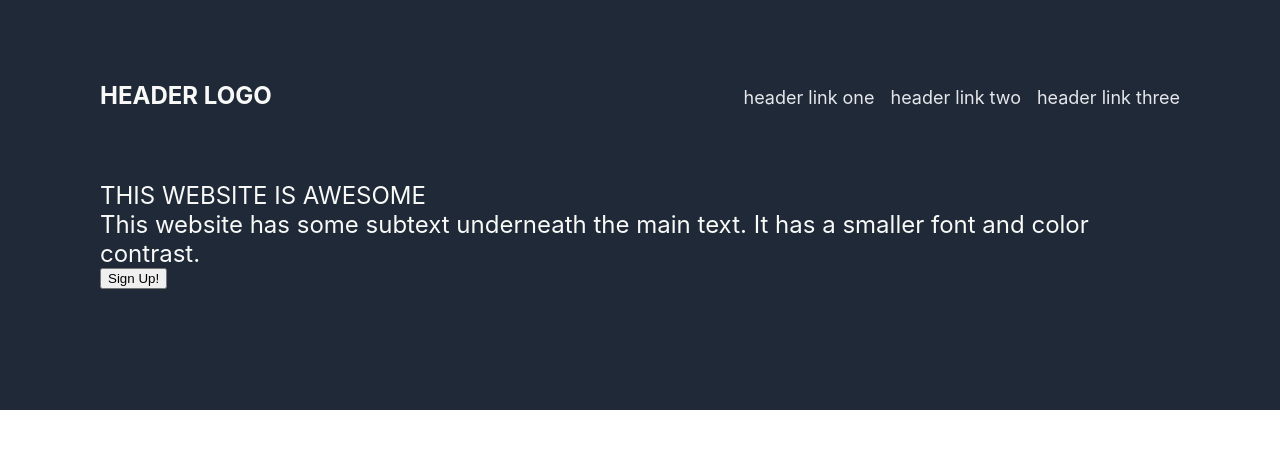
Repository: bbrockbrown/landing-page
Page: index.html
The author's editor kept a copy of each file at every save. The page is drawn from the files as they stood at one save, then again after the next save.
The browser window is 1280 px wide. The pictures show the whole page.

Above is the page before, as saved 2024-07-24 11:40:22.

### index.html
<!DOCTYPE html>
<html lang="en">
<head>
    <meta charset="UTF-8">
    <meta name="viewport" content="width=device-width, initial-scale=1.0">
    <link rel="stylesheet" href="styles.css">
    <title>Landing Page</title>
</head>
<body>

    <div class="header">
        <div class="upper-header">
            <div class="logo" style="font-weight: bolder">HEADER LOGO</div>
            <ul class="header-links">
                <li><a href="https://www.google.com/" target="_blank">header link one</a></li>
                <li><a href="https://www.google.com/" target="_blank">header link two</a></li>
                <li><a href="https://www.google.com/" target="_blank">header link three</a></li>
            </ul>
        </div>

        <div class="header-content">
            <div class="awesome-text">
                THIS WEBSITE IS AWESOME
            </div>
            <div class="subtext">
                This website has some subtext underneath the main text.
                It has a smaller font and color contrast.
            </div>
            <button class="signup-button">Sign Up!</button>
        </div>
    </div>




    <div class="body">
        <div class="box-container">

        </div>

        <div class="quote-container">

        </div>
    </div>

    <div class="sign-up">

    </div>

    <div class="footer">

    </div>

</body>
</html>

### styles.css
body {
    font-family: -apple-system, BlinkMacSystemFont, 'Segoe UI', Roboto, Oxygen, Ubuntu, Cantarell, 'Open Sans', 'Helvetica Neue', sans-serif;
    margin: 0;
    min-height: 100vh;
    display: flex;
    flex-direction: column;
}

.header {
    background-color: #1F2937;
    font-size: 24px;
    color: #F9FAF8;
    display: flex;
    padding: 10px 100px 50px 100px;
    height: 350px;
    flex-direction: column;
    justify-content: space-evenly;
}

.upper-header {
    display: flex;
    justify-content: space-between;
}

.header-content {
    display: flex;
    text-align: left;
    flex-direction: column;
    align-items: flex-start;
}

ul {
    margin: 0;
    padding: 0;
    list-style: none;
    display: flex;
    gap: 16px;
}

a {
    text-decoration: none;
    font-size: 18px;
    color: #E5E7EB;
}


.body {
    display: flex;
    flex: 1;
}

After the next save:
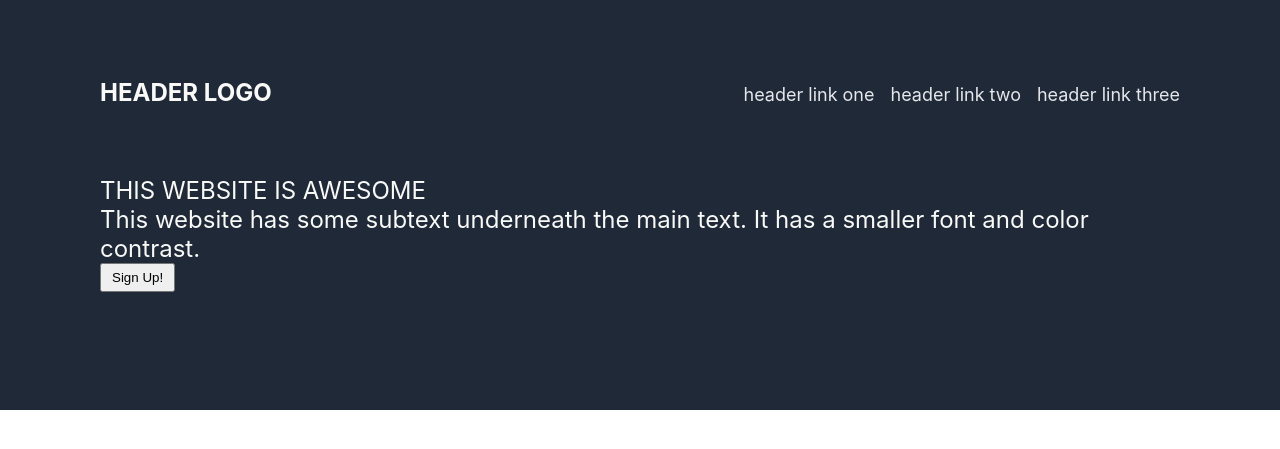
Saved 72 s later.
--- a/styles.css
+++ b/styles.css
@@ -29,6 +29,10 @@ body {
     align-items: flex-start;
 }
 
+button {
+    padding: 5px 10px 5px 10px;
+}
+
 ul {
     margin: 0;
     padding: 0;
